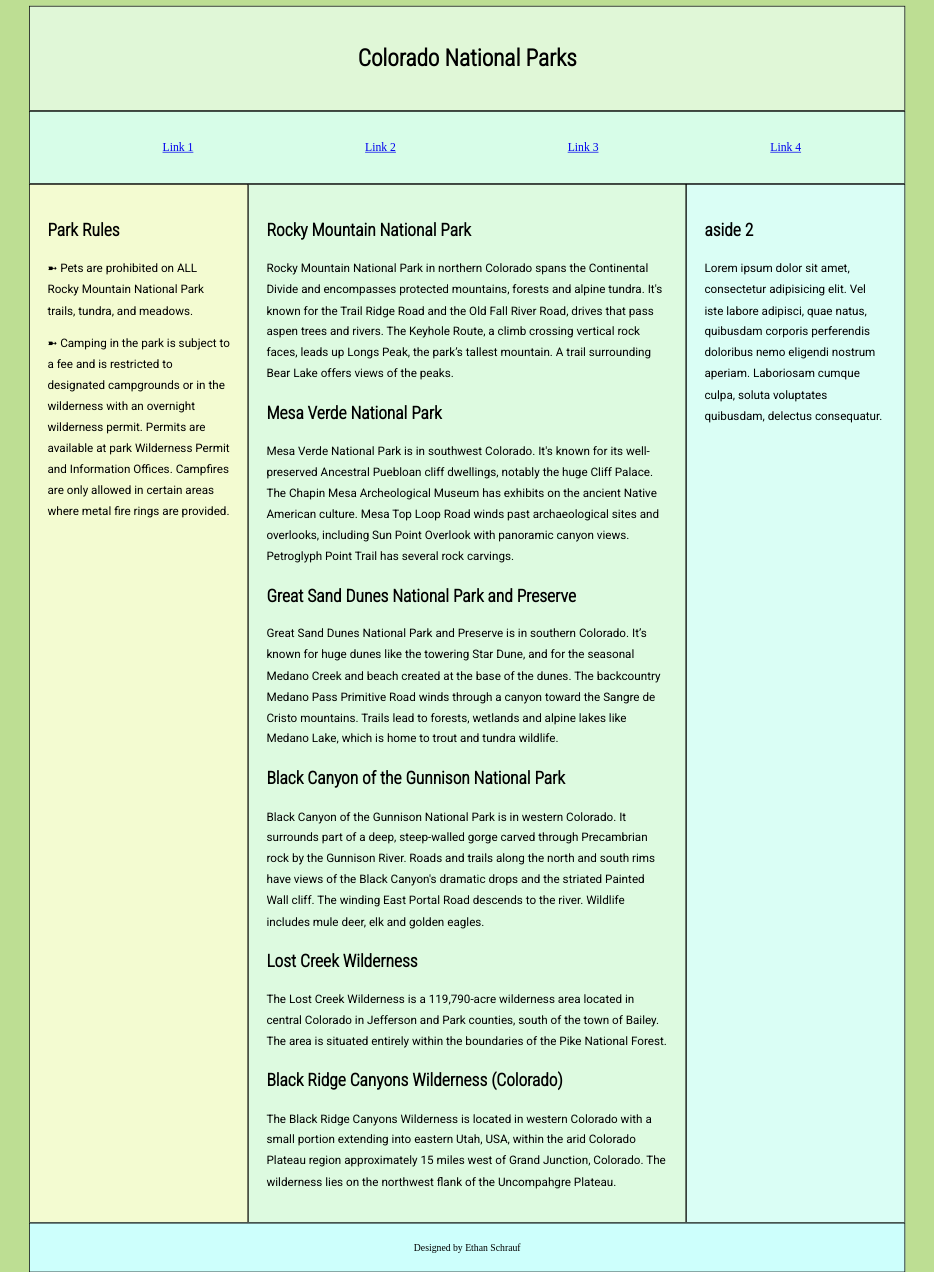
Repository: ethan-schrauf/UniversalDesignWebsite
Page: lab4.html
An editor plug-in stored every save of this project. The page is shown before and after the next save, followed by the edit.
The browser window is 1280 px wide. The pictures show the whole page, at 73% of full size.

Above is the page before, as saved 2023-10-24 21:44:55.

After the next save:
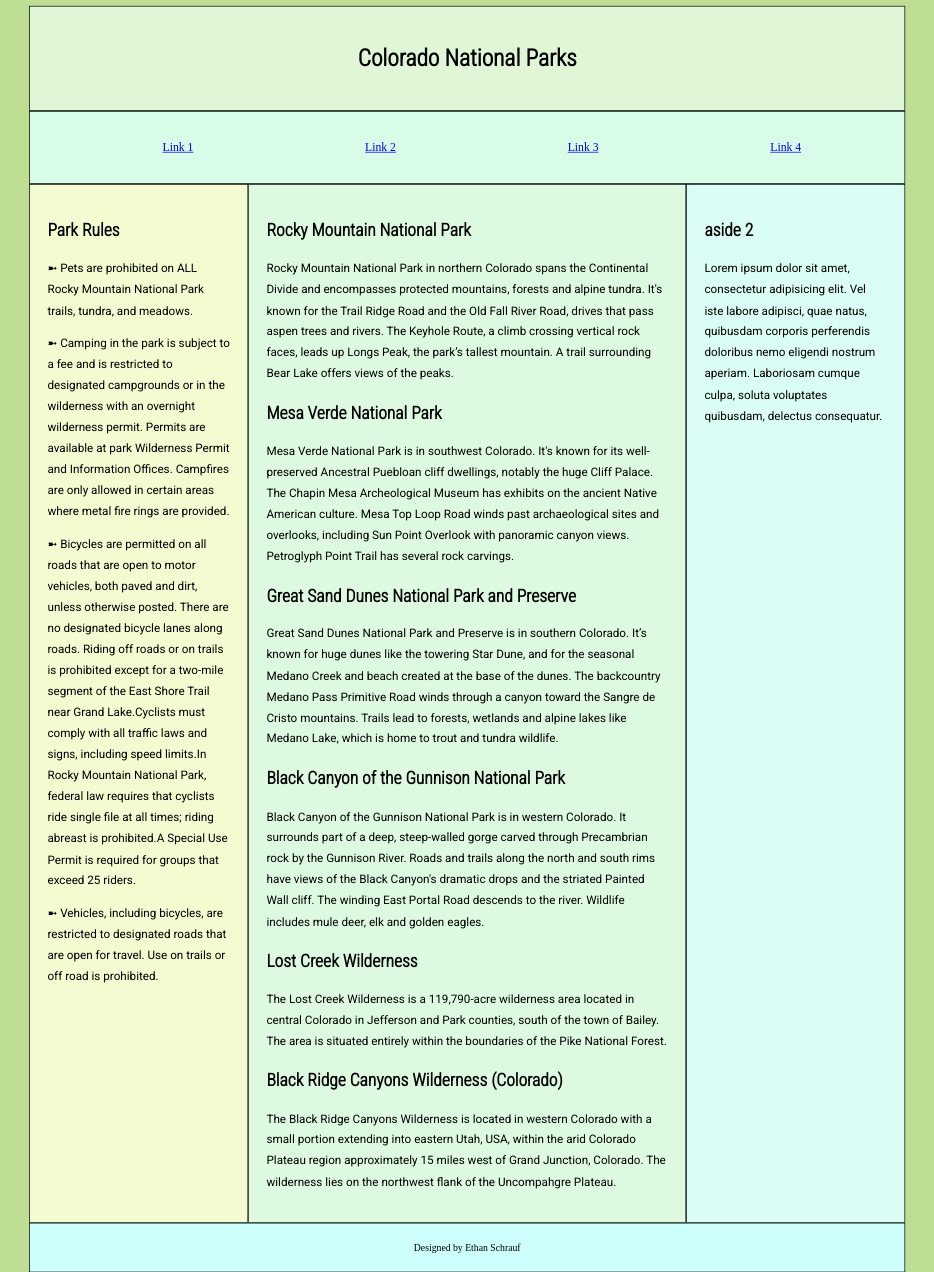
Saved 86 s later.
--- a/lab4.html
+++ b/lab4.html
@@ -42,6 +42,8 @@
     <h2>Park Rules</h2>
     <p>➼ Pets are prohibited on ALL Rocky Mountain National Park trails, tundra, and meadows.</p>
     <p>➼ Camping in the park is subject to a fee and is restricted to designated campgrounds or in the wilderness with an overnight wilderness permit. Permits are available at park Wilderness Permit and Information Offices. Campfires are only allowed in certain areas where metal fire rings are provided.</p>
+    <p>➼ Bicycles are permitted on all roads that are open to motor vehicles, both paved and dirt, unless otherwise posted. There are no designated bicycle lanes along roads. Riding off roads or on trails is prohibited except for a two-mile segment of the East Shore Trail near Grand Lake.Cyclists must comply with all traffic laws and signs, including speed limits.In Rocky Mountain National Park, federal law requires that cyclists ride single file at all times; riding abreast is prohibited.A Special Use Permit is required for groups that exceed 25 riders.</p>
+    <p>➼ Vehicles, including bicycles, are restricted to designated roads that are open for travel. Use on trails or off road is prohibited.</p>
   </aside>
   <aside id="aside2">
     <h2>aside 2</h2>
